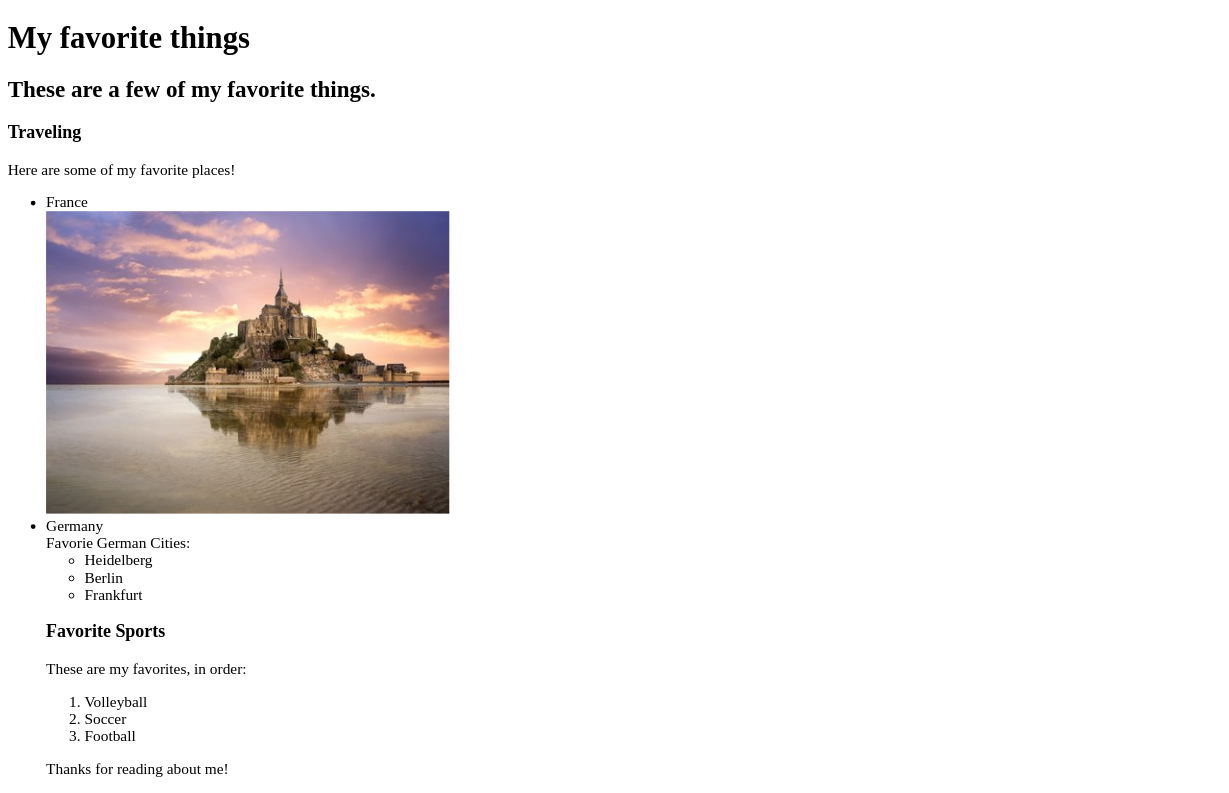
Repository: fieldceleste/my-first-webpage
Page: favorite-things.html
The author's editor kept a copy of each file at every save. The page is drawn from the files as they stood at one save, then again after the next save.
The browser window is 1280 px wide. The pictures show the whole page, at 96% of full size.

Above is the page before, as saved 2019-10-23 19:12:14.

After the next save:
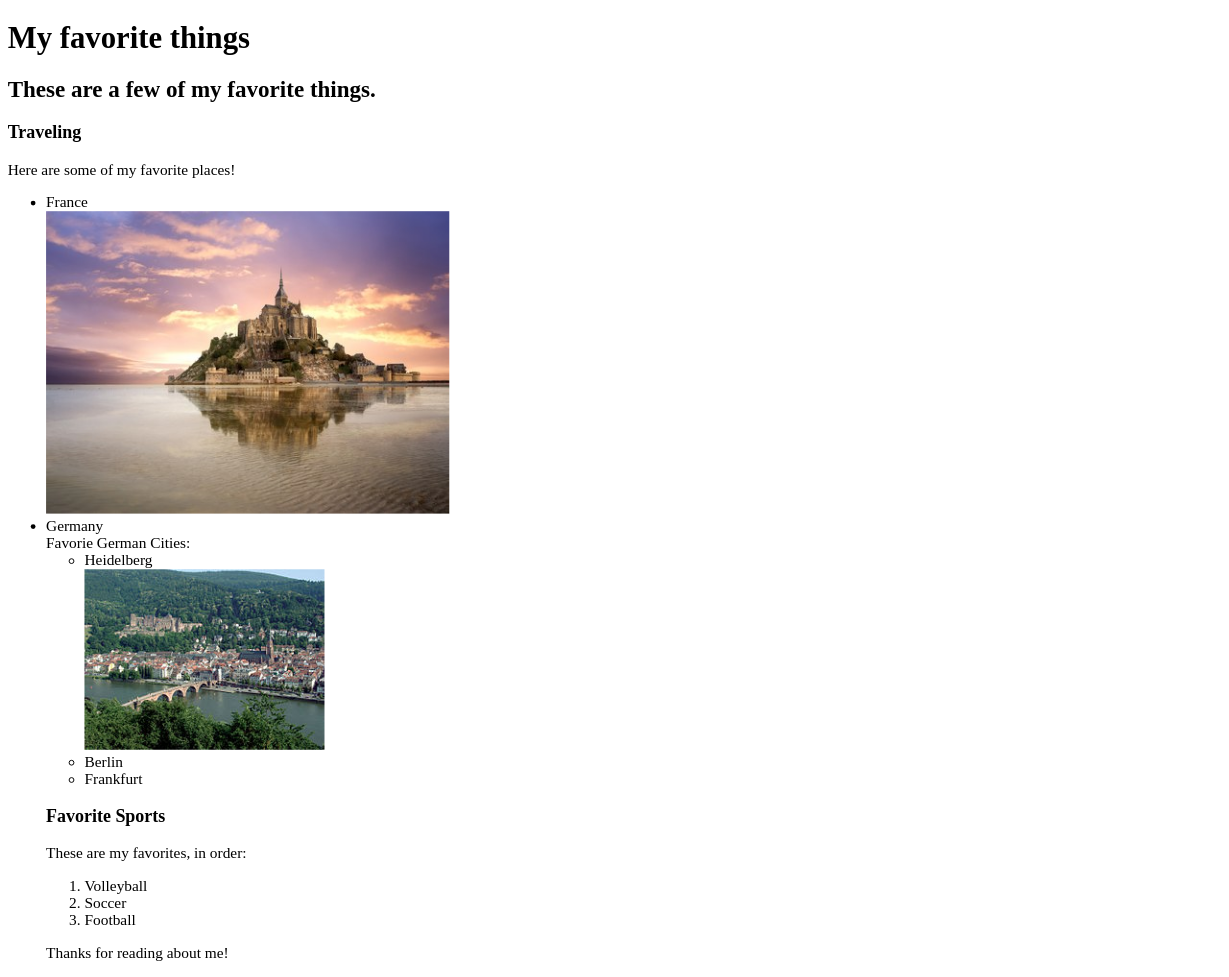
Saved 2 min 33 s later.
--- a/favorite-things.html
+++ b/favorite-things.html
@@ -10,11 +10,11 @@
     <h3>Traveling</h3>
     <p>Here are some of my favorite places!</p>
       <ul>
-        <li>France</li> <img src="img/france.jpeg" alt="photo of paris">
+        <li>France</li> <img src="img/france.jpeg" alt="photo of michel">
         <li>Germany</li>
         <l1>Favorie German Cities:</l1>
       <ul>
-           <li>Heidelberg</li>
+           <li>Heidelberg</li><img src="img/heid.jpeg" alt="photo of heidelberg">
            <li>Berlin</li>
            <li>Frankfurt</li>
     </ul>
